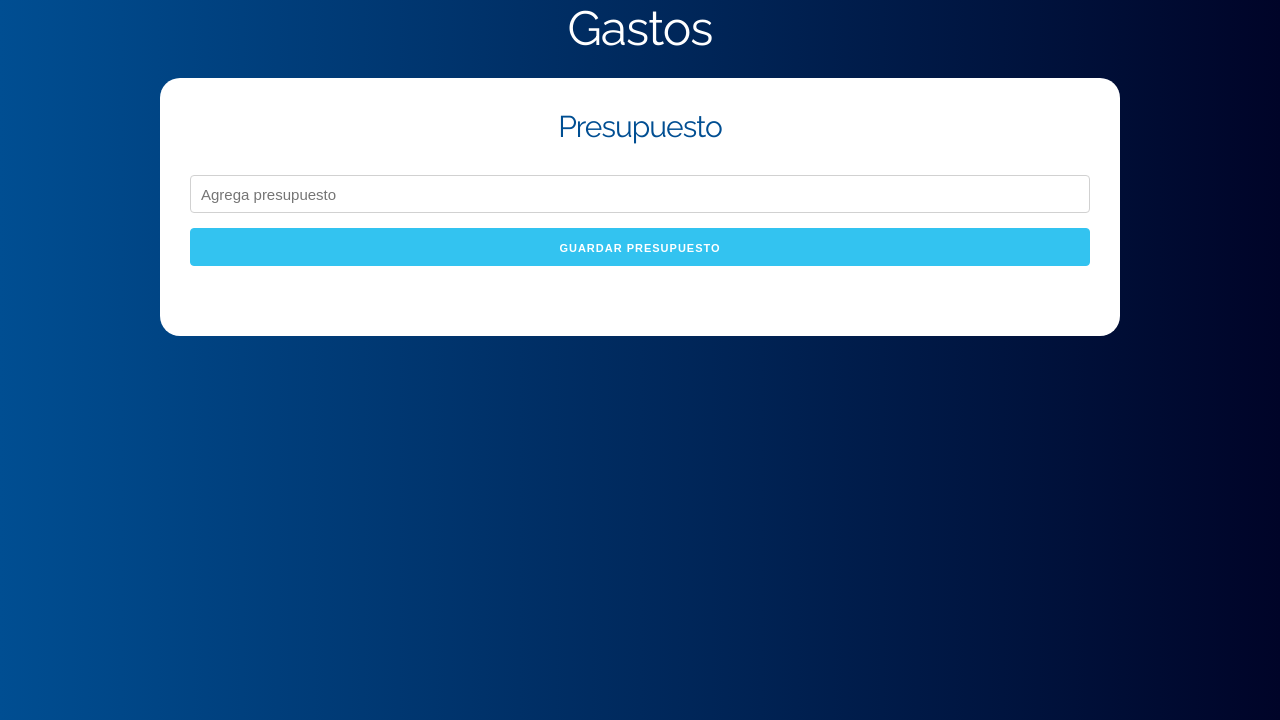
Repository: harrycampaz/presupuestos-react-hokks
Page: /
An editor plug-in stored every save of this project. The page is shown before and after the next save, followed by the edit.
The browser window is 1280 px wide. The pictures show the whole page.
The project was rebuilt for these pictures with package versions that can differ from the ones it lists, and the page was loaded fresh each time.

Above is the page before, as saved 2020-01-21 14:11:06.

After the next save:
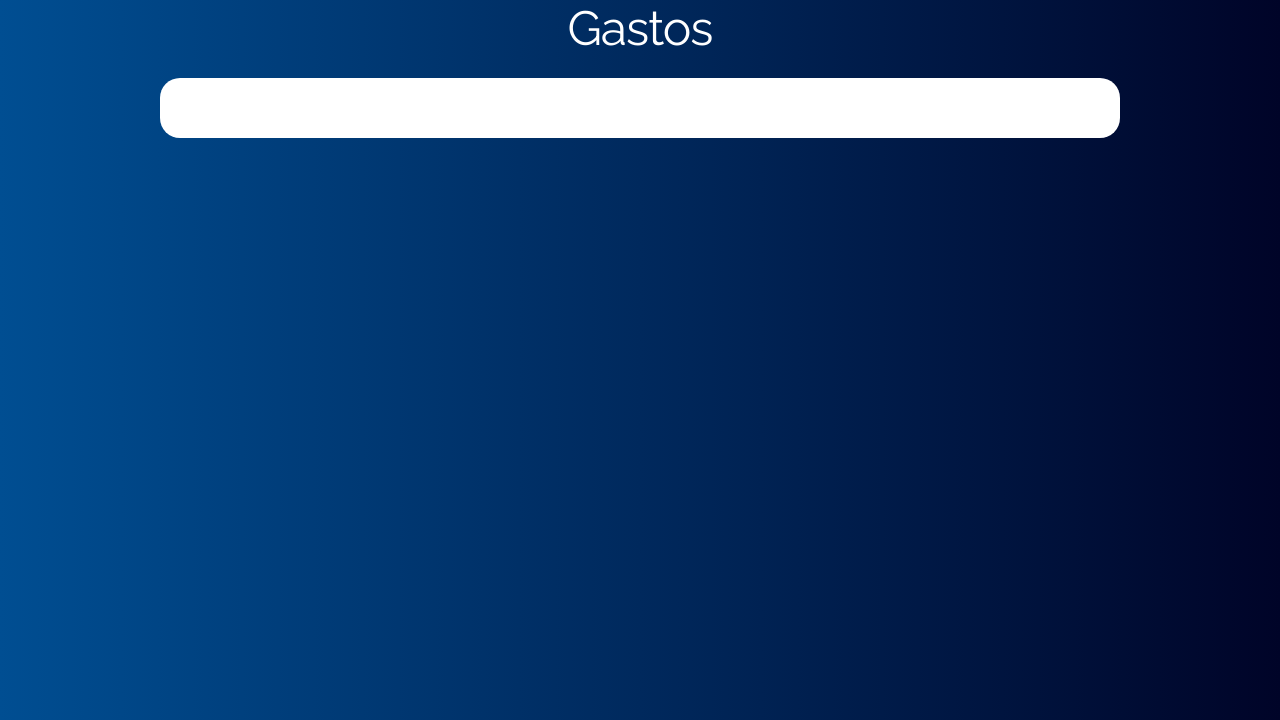
Saved 36 s later.
--- a/src/App.js
+++ b/src/App.js
@@ -14,7 +14,7 @@
     <div className="App container">
      <Header titulo = "Gastos"/>
      <div className="contenido-principal contenido">
-       <Main setPresupuesto= {setPresupuesto} setIsPresupuesto ={setIsPresupuesto}/>
+      {isPresupuesto}
      </div>
     </div>
   );

After the save that followed:
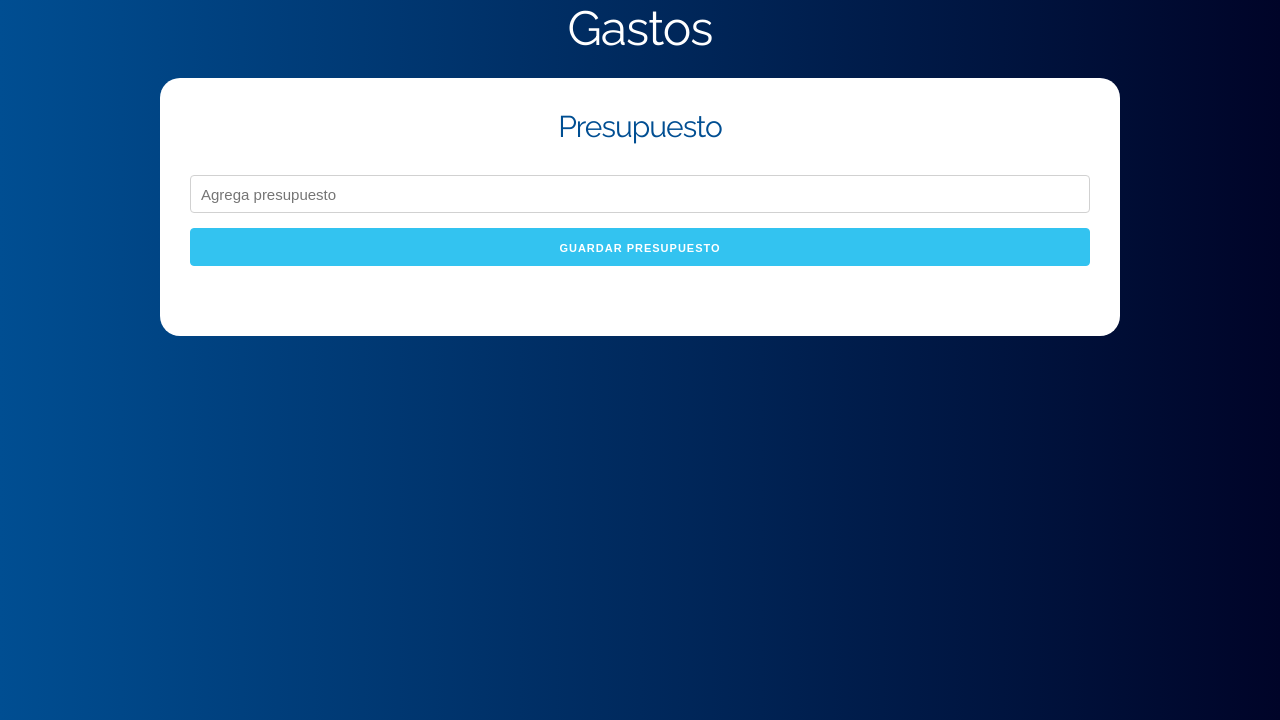
Saved 29 s later.
--- a/src/App.js
+++ b/src/App.js
@@ -14,7 +14,10 @@
     <div className="App container">
      <Header titulo = "Gastos"/>
      <div className="contenido-principal contenido">
-      {isPresupuesto}
+      {(isPresupuesto) ?
+
+      <Main setPresupuesto= {setPresupuesto} setIsPresupuesto ={setIsPresupuesto}/>
+      : null}
      </div>
     </div>
   );
